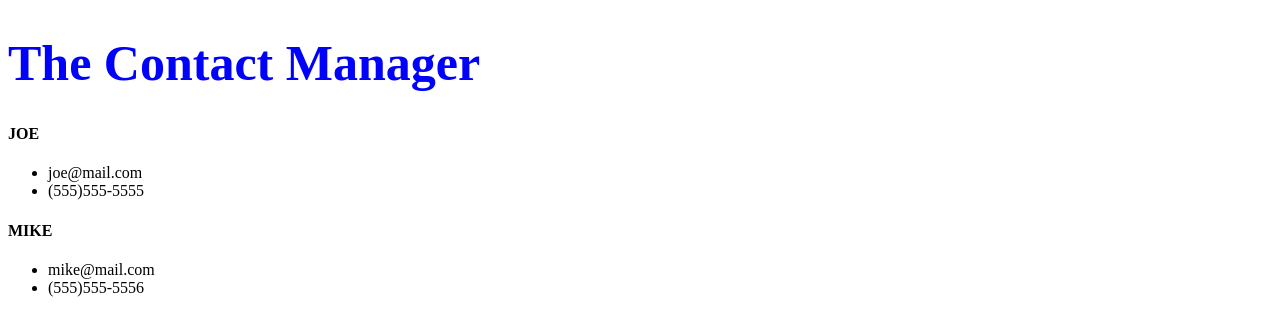
Repository: MikeTroianello/Contact-Manager
Page: /test
These files come from the project's save history. The page is drawn as it stood at one moment and after the next save; the edit follows.
The browser window is 1280 px wide. The pictures show the whole page.
The project was rebuilt for these pictures with package versions that can differ from the ones it lists, and the page was loaded fresh each time. Also part of the build but not shown: src/App.css.

Above is the page before, as saved 2019-05-19 00:10:18.

### src/App.js
import React from "react";
import Contact from "./components/Contact";
import "./App.css";
import Header from "./components/Header";

function App() {
  return (
    <div className="App">
      <Header branding="The Contact Manager" />
      <Contact name="Joe" email="joe@mail.com" phone="(555)555-5555" />
      <Contact name="Mike" email="mike@mail.com" phone="(555)555-5556" />
    </div>
  );
}

export default App;

### src/components/Contact.js
import React, { Component } from "react";
import PropTypes from "prop-types";
import "./contact.css";

class Contact extends Component {
  render() {
    const { name, email, phone } = this.props;
    return (
      <div>
        <h4>{name}</h4>
        <ul>
          <li>{email}</li>
          <li>{phone}</li>
        </ul>
      </div>
    );
  }
}

Contact.propTypes = {
  name: PropTypes.string.isRequired,
  email: PropTypes.string.isRequired,
  phone: PropTypes.string.isRequired
};

export default Contact;

### src/components/Header.js
import React from "react";
import PropTypes from "prop-types";

const Header = props => {
  const { branding } = props;
  return (
    <div>
      <h1 style={headingStyle}>{branding}</h1>
    </div>
  );
};

Header.defaultProps = {
  branding: "My App"
};

Header.propTypes = {
  branding: PropTypes.string.isRequired
};

const headingStyle = {
  color: "blue",
  fontSize: "50px"
};

export default Header;

### src/components/contact.css
h4 {
  color: "red";
  text-transform: uppercase;
}

Loaded but not shown: src/index.js (common file); src/serviceWorker.js (common file)

After the next save:
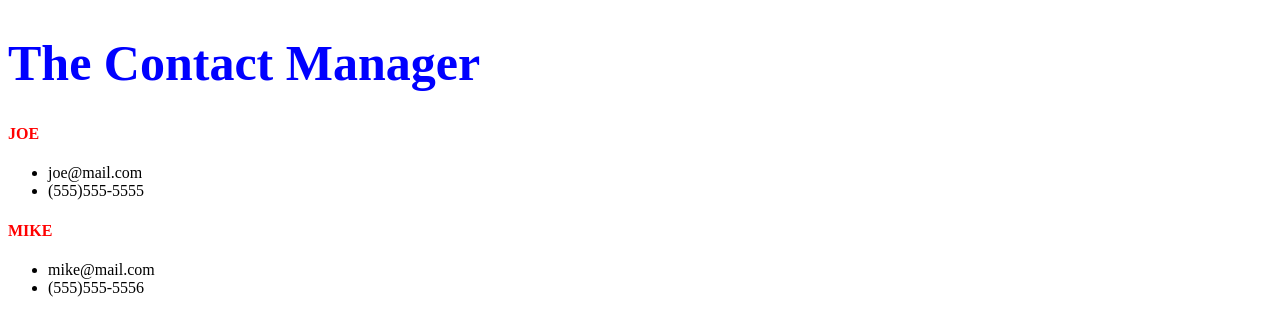
Saved 15 s later.
--- a/src/components/contact.css
+++ b/src/components/contact.css
@@ -1,4 +1,4 @@
 h4 {
-  color: "red";
+  color: red;
   text-transform: uppercase;
 }
